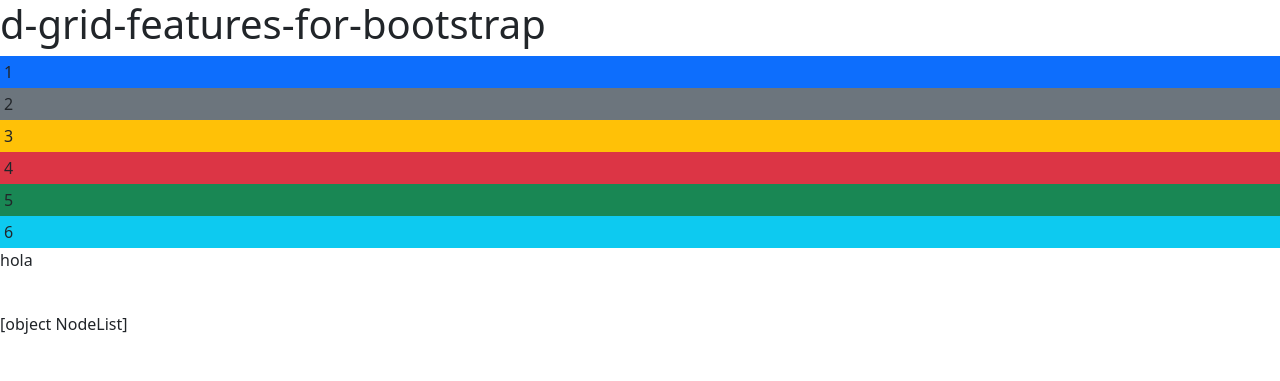
Repository: LynxPardelle/d-grid-features-for-bootstrap
Page: index.html
An editor plug-in stored every save of this project. The page is shown before and after the next save, followed by the edit.
The browser window is 1280 px wide. The pictures show the whole page.

Above is the page before, as saved 2021-10-20 03:56:58.

After the next save:
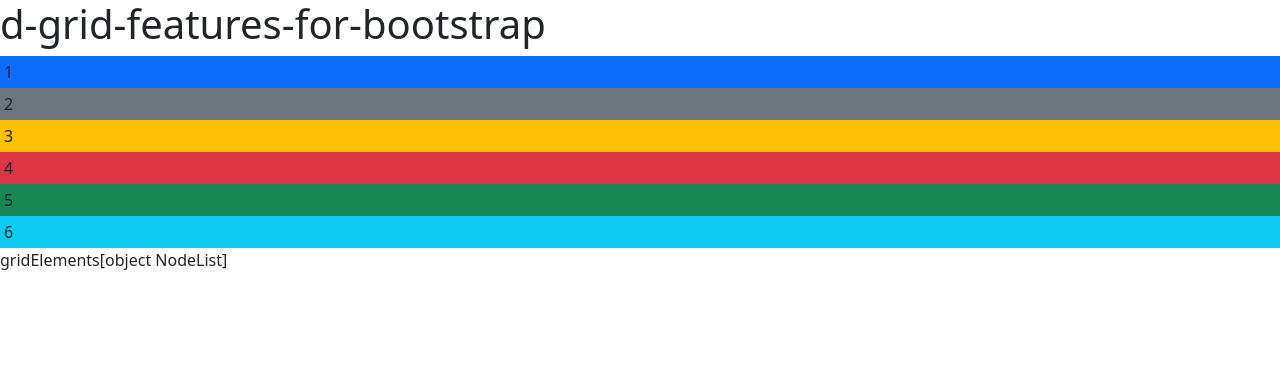
Console error: ReferenceError: attibute is not defined
Saved 2 min 24 s later.
--- a/d-grid.js
+++ b/d-grid.js
@@ -2,10 +2,18 @@
 
 let gridElements = document.querySelectorAll("[data-gfbs]");
 
+document.getElementById("console").innerHTML += 'gridElements' + gridElements + '<br />';
+
+console.log(gridElements);
 for (let gridElement of gridElements) {
   for(let attribute of gridElement.attributes){
     if(attribute.localName.includes('gfbs')){
+      let attValue = attibute.value;
+
       console.log(attribute);
+document.getElementById("console").innerHTML += 'attribute' + attribute + '<br/>';
+console.log(attValue);
+      document.getElementById("console").innerHTML += 'attValue' + attValue + '<br/>';
     }
   }
 }
@@ -16,7 +24,4 @@
   }
 } */
 
-console.log(gridElements);
-
-document.getElementById("console").innerHTML += "<p>hola</p><br/>";
 document.getElementById("console").innerHTML += gridElements;

After the save that followed:
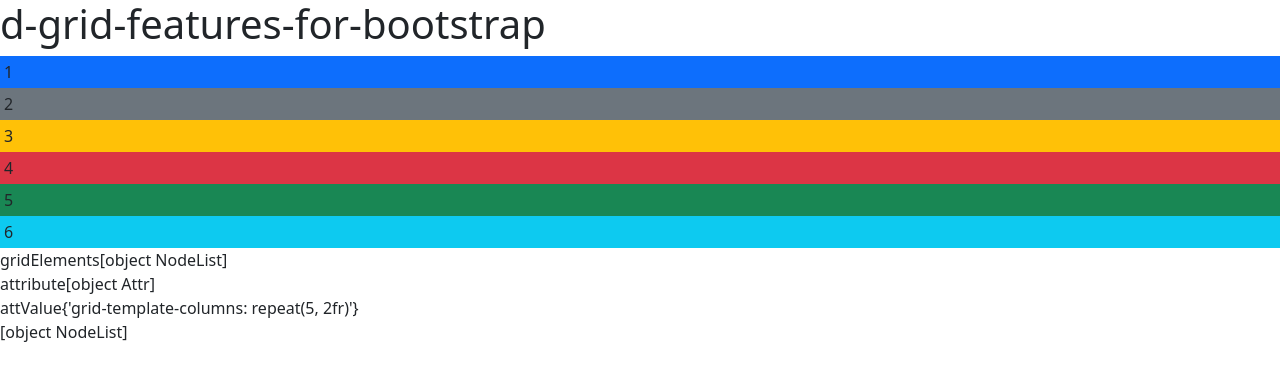
The error is gone.
Saved 18 s later.
--- a/d-grid.js
+++ b/d-grid.js
@@ -8,7 +8,7 @@
 for (let gridElement of gridElements) {
   for(let attribute of gridElement.attributes){
     if(attribute.localName.includes('gfbs')){
-      let attValue = attibute.value;
+      let attValue = attribute.value;
 
       console.log(attribute);
 document.getElementById("console").innerHTML += 'attribute' + attribute + '<br/>';
